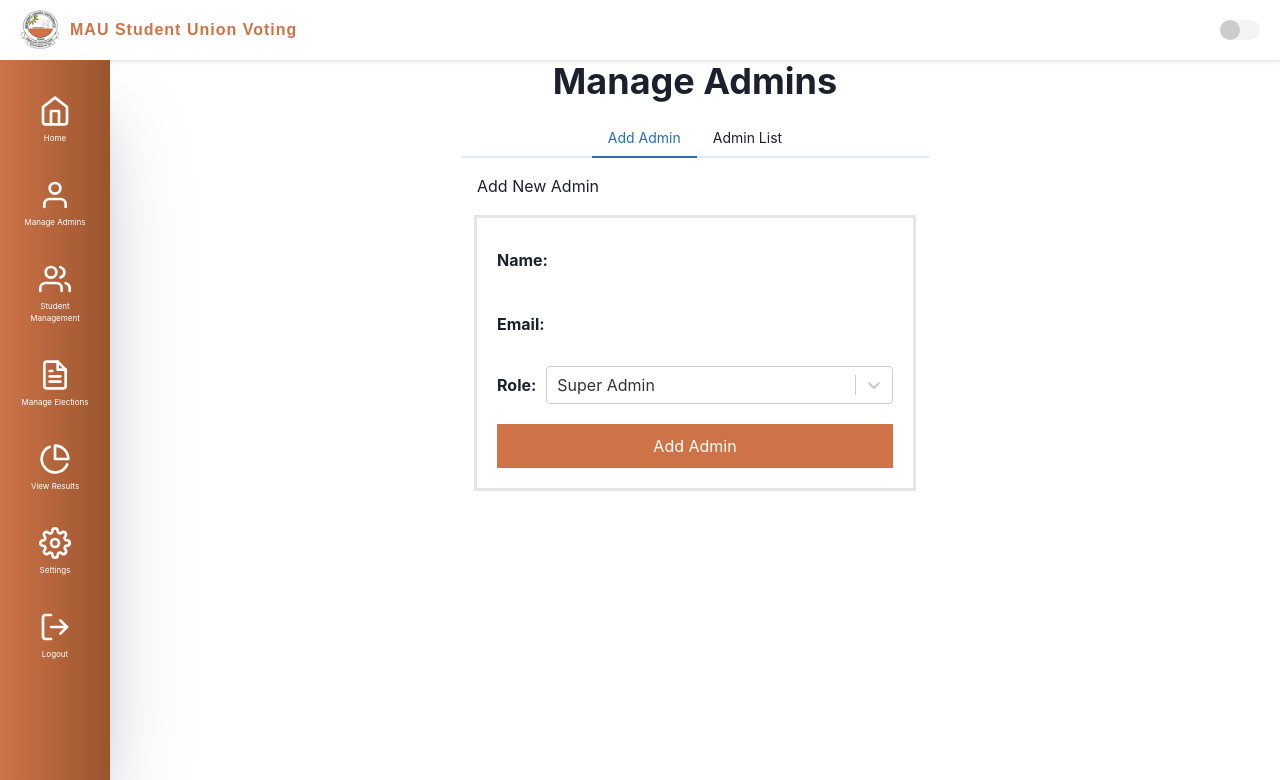
Repository: joena1o/e-vote
Page: /admin-dashboard/manage-admin
The author's editor kept a copy of each file at every save. The page is drawn from the files as they stood at one save, then again after the next save.
The browser window is 1280 px wide. The pictures show the whole page.
The project was rebuilt for these pictures with package versions that can differ from the ones it lists, and the page was loaded fresh each time. Also part of the build but not shown: src/components/EnhancedLogin.js, src/components/maincontent/RegisterStudents/ManageStudents.js, src/components/maincontent/RegisterStudents/RegisterStudents.js, src/components/maincontent/RegisterStudents/StudentManagement.js, src/components/maincontent/ElectionResults/ViewResults.js, src/components/maincontent/Settings/Settings.js, src/api/index.js, src/components/maincontent/home/Home.styles.js and 15 more.

Above is the page before, as saved 2023-10-24 07:01:20.

After the next save:
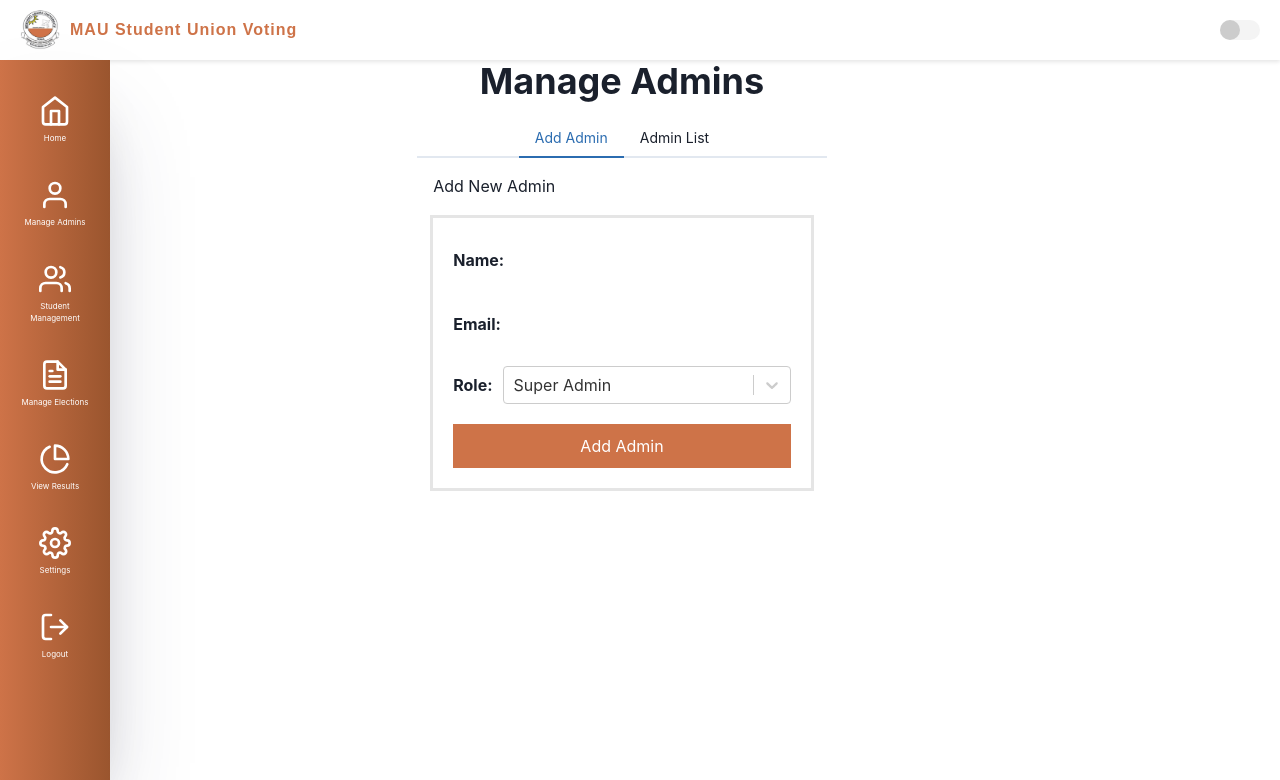
Saved 29 s later.
--- a/src/components/maincontent/ManageAdmins/ManageAdmins.js
+++ b/src/components/maincontent/ManageAdmins/ManageAdmins.js
@@ -11,7 +11,7 @@ const ManageAdmins = () => {
   };
 
   return (
-    <Flex direction="column" align="center" w="100%" h="100%">
+    <Flex direction="column" align="center" w="80%" h="100%">
       <Heading mb={4}>Manage Admins</Heading>
       <Box w="40%" maxW="500px">
         <Tabs index={activeTab} onChange={handleTabChange} isLazy>

After the save that followed:
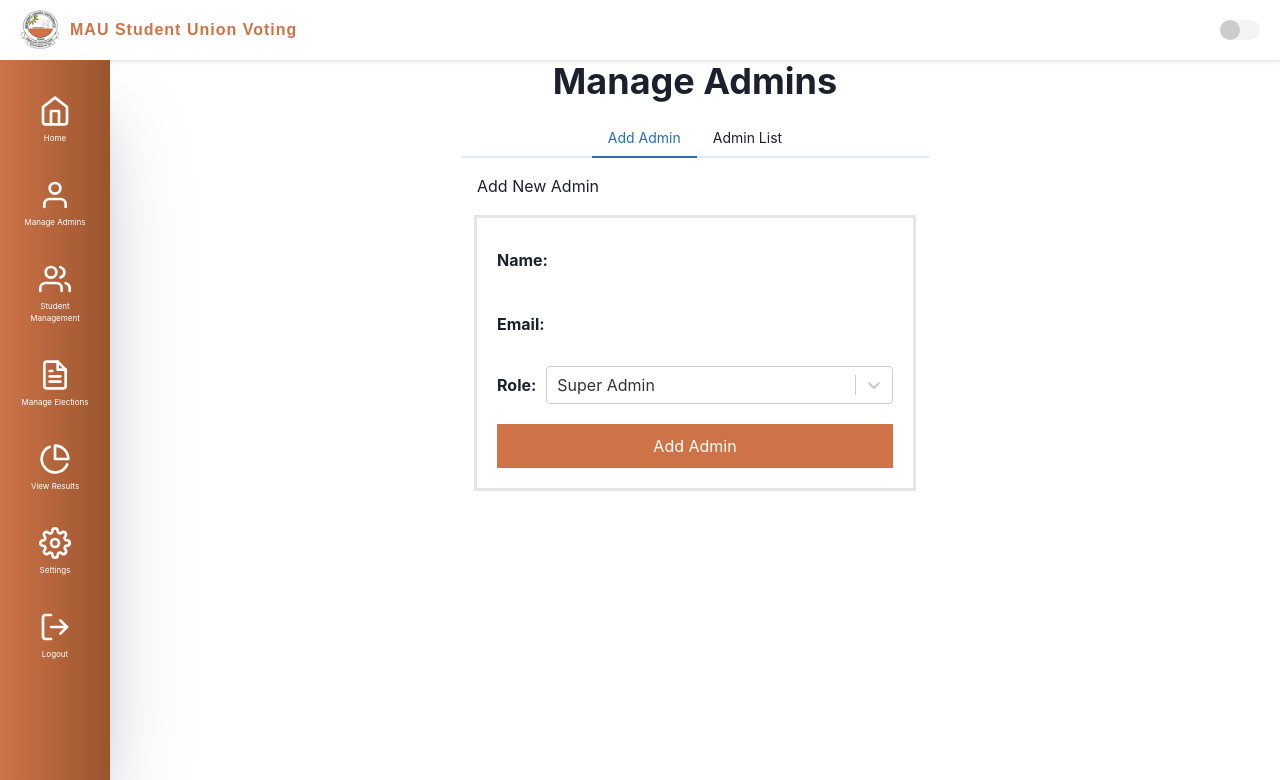
Saved 27 s later.
--- a/src/components/maincontent/ManageAdmins/ManageAdmins.js
+++ b/src/components/maincontent/ManageAdmins/ManageAdmins.js
@@ -11,7 +11,7 @@ const ManageAdmins = () => {
   };
 
   return (
-    <Flex direction="column" align="center" w="80%" h="100%">
+    <Flex direction="column" align="center" w="100%" h="100%">
       <Heading mb={4}>Manage Admins</Heading>
       <Box w="40%" maxW="500px">
         <Tabs index={activeTab} onChange={handleTabChange} isLazy>
